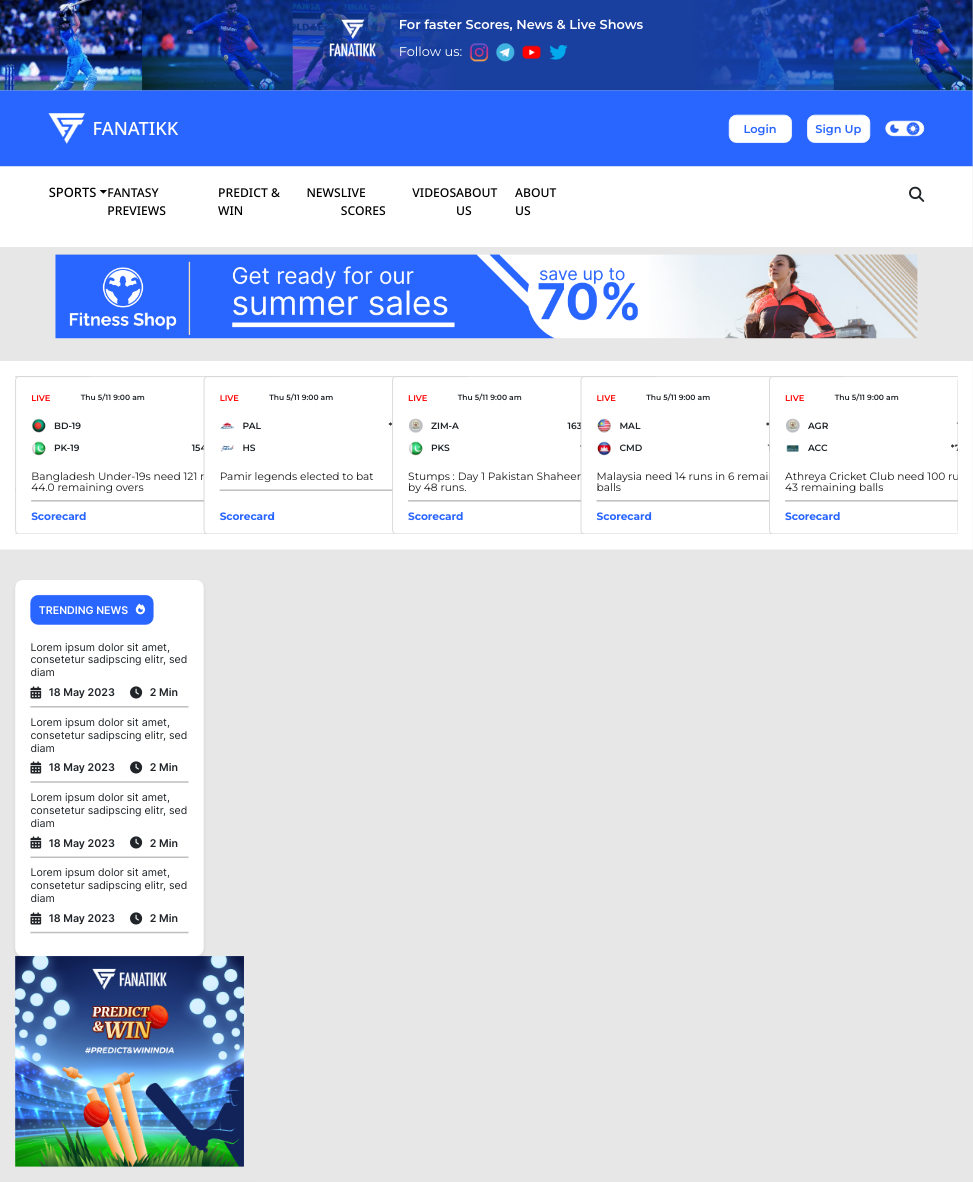
Repository: FlyweisReact/Kannapa
Page: /
These files come from the project's save history. The page is drawn as it stood at one moment and after a run of saves; the edit follows.
The browser window is 1280 px wide. The pictures show the whole page, at 76% of full size.
Some web libraries are served in a nearby version. The project was rebuilt for these pictures with package versions that can differ from the ones it lists, and the page was loaded fresh each time. Also part of the build but not shown: src/Components/Layout/Footer.js, src/Components/Sliders/Index-video-Slider.js, src/Components/firstScreen.jsx, src/Components/secondScreen.jsx, src/Components/thirdScreen.jsx, src/Components/fourthScreen.jsx, src/CSS/Footer.css.

Above is the page before, as saved 2023-06-03 14:26:09.

After the next 2 saves:
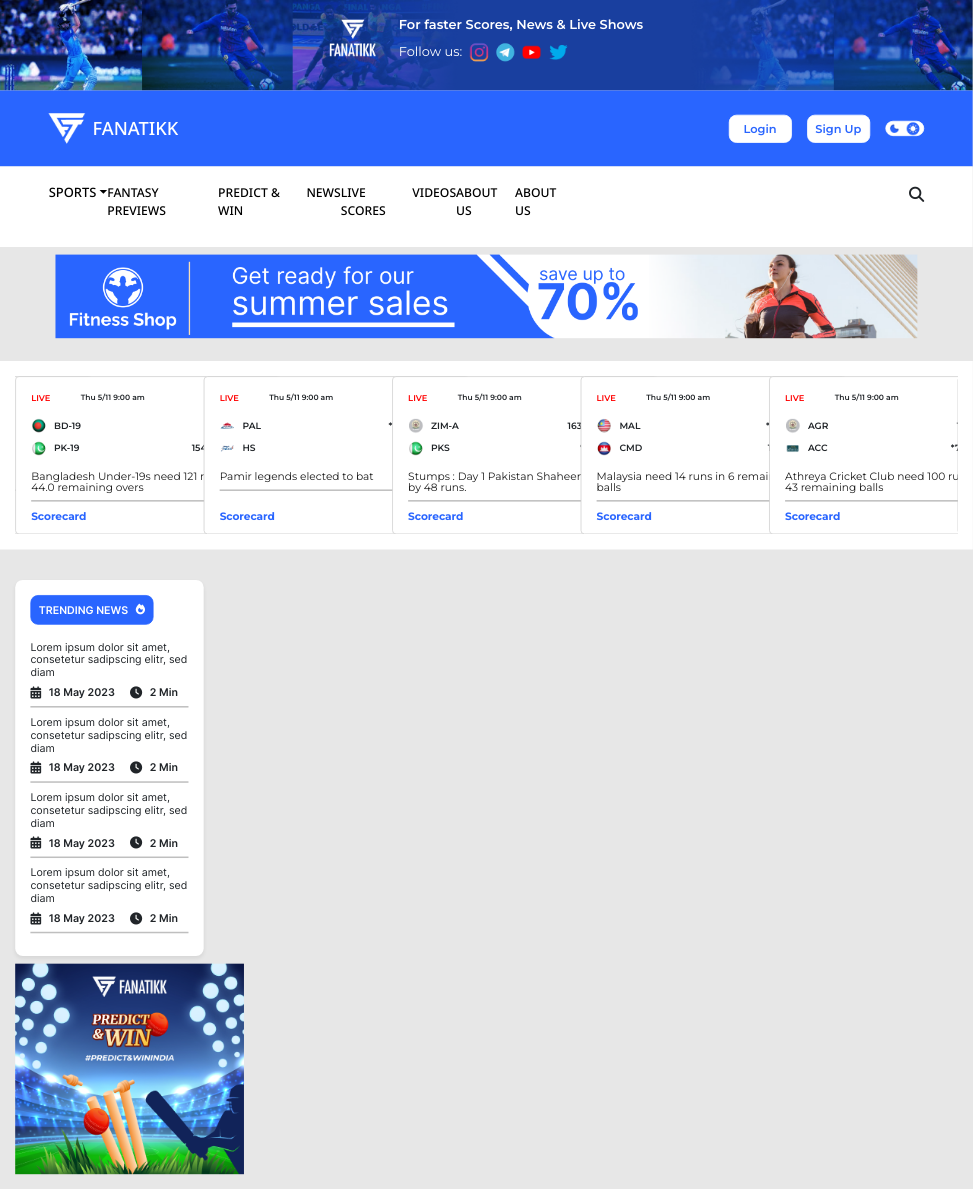
The 2 saves are shown as one change because they came seconds apart.
The last was saved 9 s later.
--- a/src/CSS/Component.css
+++ b/src/CSS/Component.css
@@ -362,4 +362,9 @@ line-height: 8px;
 }
 .Index_Three_Sec_Layout .left_Comp  .BigImage {
    width: 100%;
-}
+   padding-top: 10px;
+}
+.Index_Three_Sec_Layout .left_Comp  .BigImage {
+   width: 100%;
+   padding-top: 10px;
+}
